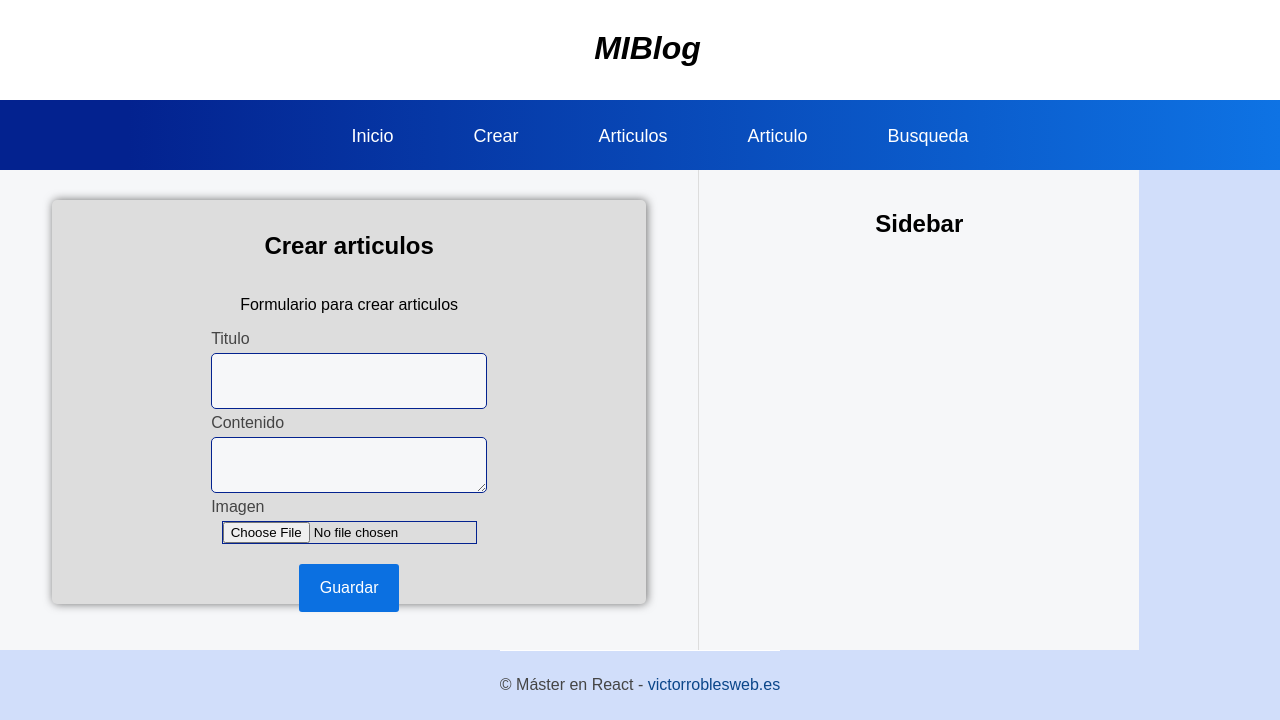
Repository: DamianBermudez94/frondEnd-blog
Page: /crear
These files come from the project's save history. The page is drawn as it stood at one moment and after the next save; the edit follows.
The browser window is 1280 px wide. The pictures show the whole page.
The project was rebuilt for these pictures with package versions that can differ from the ones it lists, and the page was loaded fresh each time. Also part of the build but not shown: vite.config.js, src/components/pages/Inicio.jsx, src/components/pages/Busqueda.jsx, src/helper/Global.jsx, src/helper/Peticion.jsx, src/components/pages/Listado.jsx, src/components/pages/Articulos.jsx, src/components/pages/Articulo.jsx.

Above is the page before, as saved 2023-08-14 19:41:48.

After the next save:
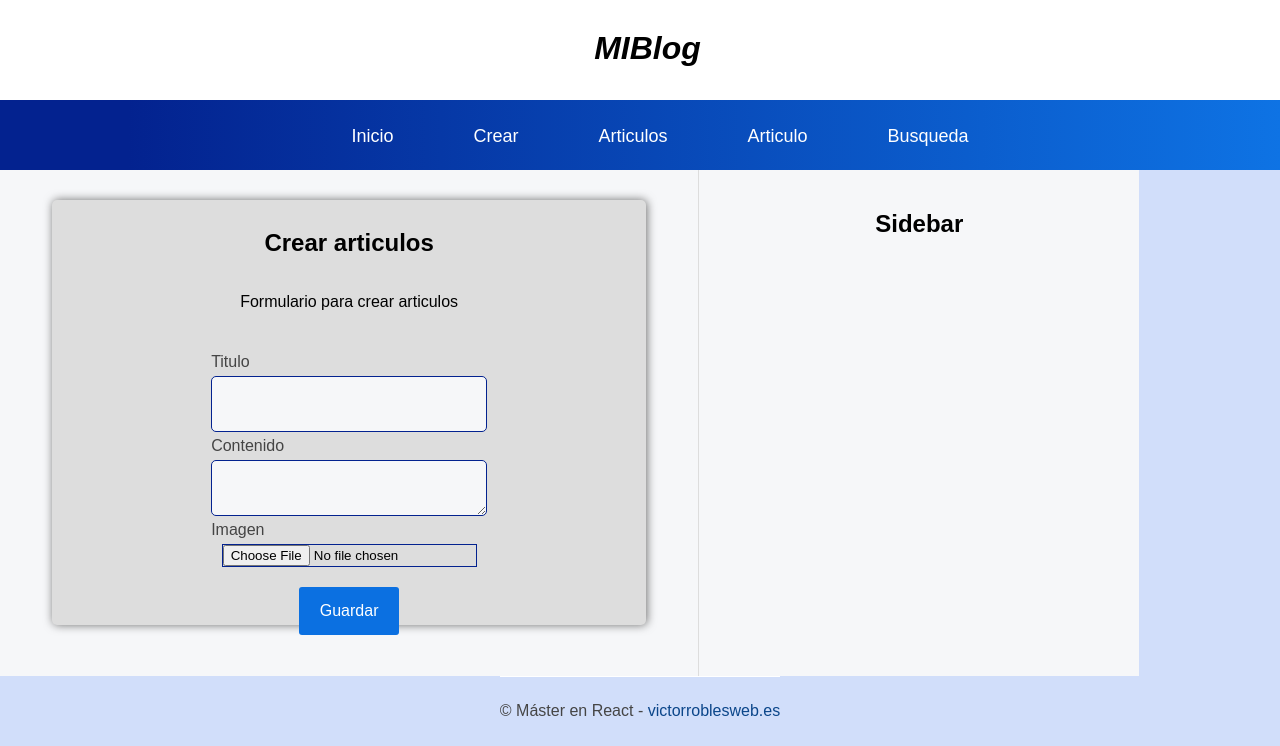
Saved 34 s later.
--- a/src/components/pages/Crear.jsx
+++ b/src/components/pages/Crear.jsx
@@ -11,6 +11,7 @@ export const Crear = () => {
     <div className="jumbo">
       <h1>Crear articulos</h1>
       <p>Formulario para crear articulos</p>
+      <pre>{formulario}</pre>
       <form className="formulario" onSubmit={guardarArticulo}>
         <div className="grup-form">
           <label htmlFor="titulo">Titulo</label>
